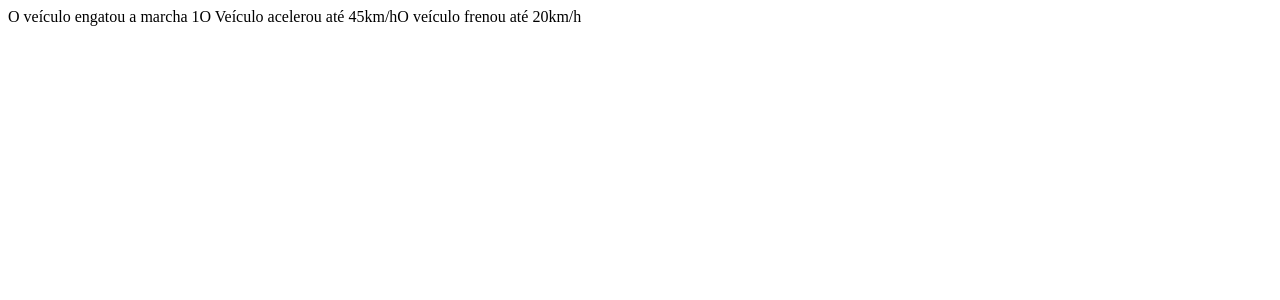
Repository: JeffersonDomingos/estudoPHP
Page: http://localhost/Veiculo.php
The author's editor kept a copy of each file at every save. The page is drawn from the files as they stood at one save, then again after the next save.
The browser window is 1280 px wide. The pictures show the whole page.
The page is run by PHP 8.4 with error messages shown; the project is at /var/www/html/.

Above is the page before, as saved 2024-02-21 23:07:20.

### listaExercicio/interfaces/Veiculo.php
<?php

interface Veiculo {

    public function acelerar($velocidade);
    public function frenar($velocidade);
    public function trocarMarcha($marcha);




}

class Civic implements Veiculo {

    public function acelerar($velocidade) {

        echo "O Veículo acelerou até " . $velocidade . "km/h";
    }

    public function frenar($velocidade) {

        echo "O veículo frenou até " . $velocidade . "km/h";
    }

    public function trocarMarcha($marcha) {

        echo "O veículo engatou a marcha " . $marcha;
    }




}

$carro = new Civic();
$carro->trocarMarcha(1);
$carro->acelerar(45);
$carro->frenar(20);

?>

After the next save:
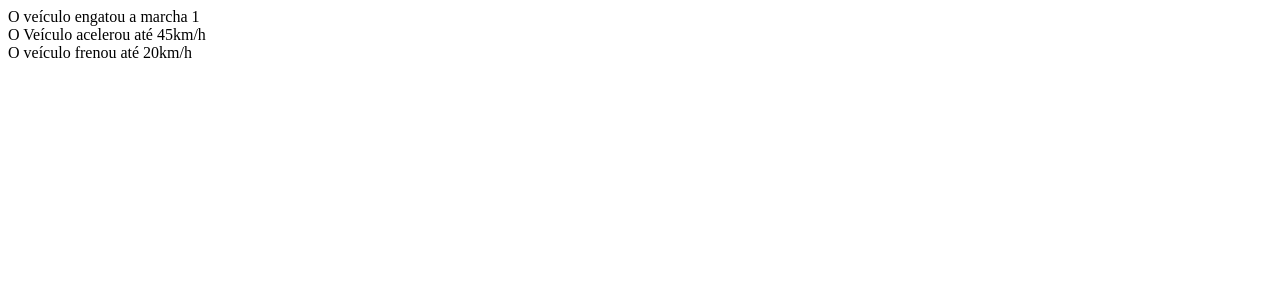
Saved 24 s later.
--- a/listaExercicio/interfaces/Veiculo.php
+++ b/listaExercicio/interfaces/Veiculo.php
@@ -35,7 +35,9 @@ class Civic implements Veiculo {
 
 $carro = new Civic();
 $carro->trocarMarcha(1);
+echo "<br/>";
 $carro->acelerar(45);
+echo "<br/>";
 $carro->frenar(20);
 
 ?>
